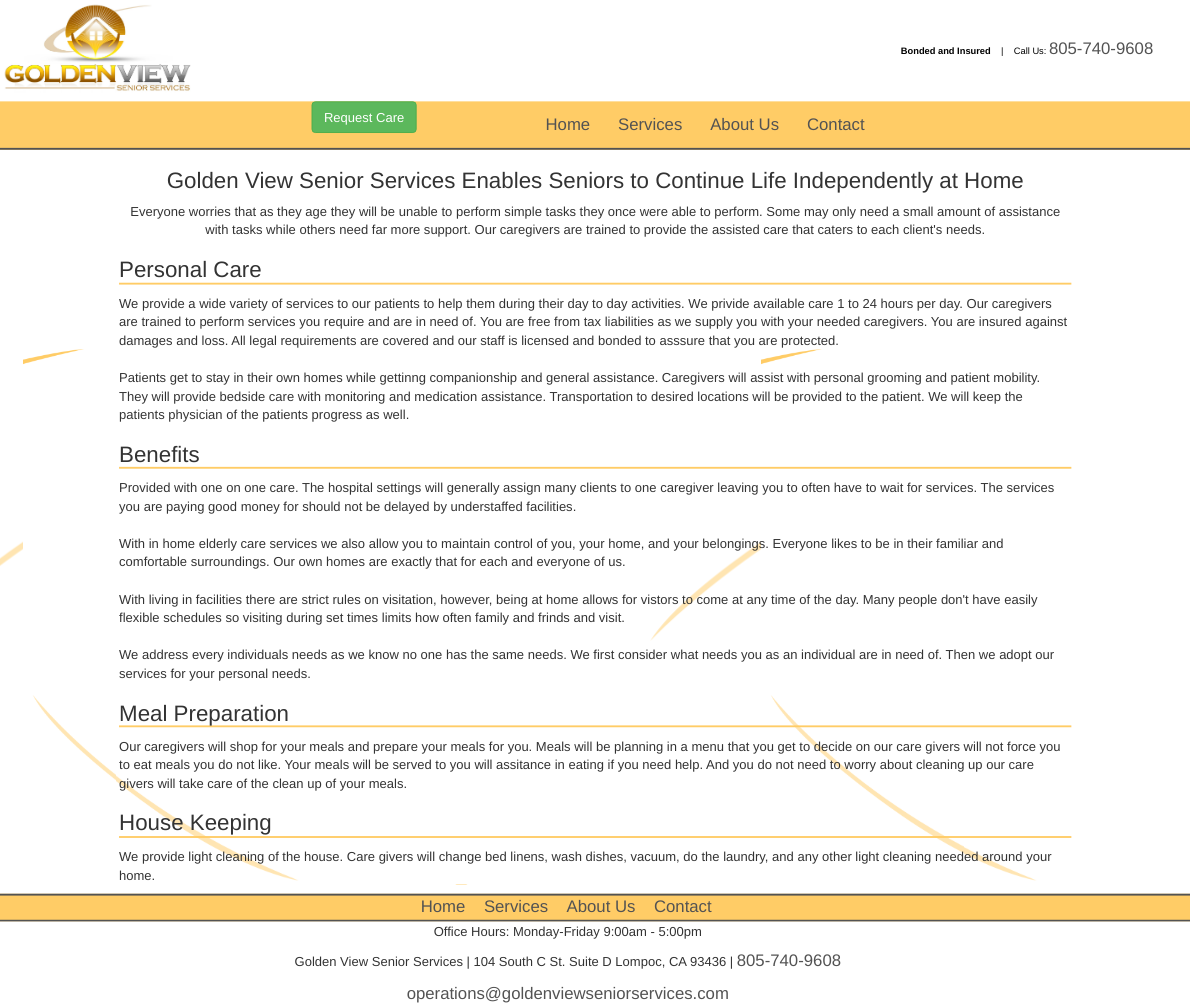
Repository: alprusa/GoldenViewWebsiteMockup
Page: GoldenViewWebsite/services/index.html
These files come from the project's save history. The page is drawn as it stood at one moment and after the next save; the edit follows.
The browser window is 1280 px wide. The pictures show the whole page, at 93% of full size.

Above is the page before, as saved 2017-07-30 18:43:20.

After the next save:
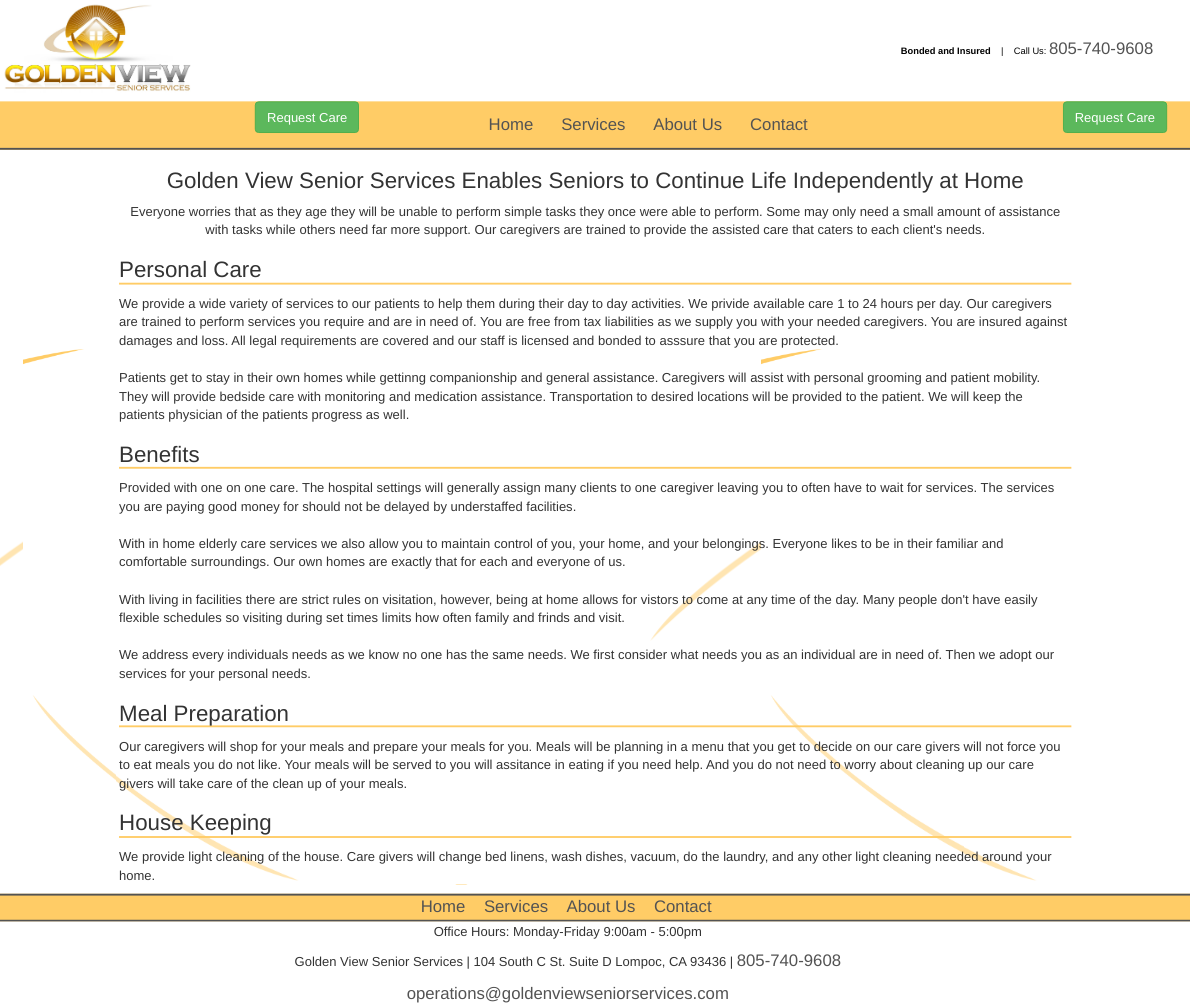
Saved 31 s later.
--- a/GoldenViewWebsite/services/index.html
+++ b/GoldenViewWebsite/services/index.html
@@ -56,8 +56,9 @@
 			<!--Navbar html section-->
 			<nav class="navbar navbar-static-top" style="clear: both;" role="navigation">
                 <div class="container-fluid">
-
-                    <div class="navbar-header">
+					<a href="requestcare" id="careOuter"><button class="btn-success btn" class="careButton">Request Care</button></a>
+                    <div class="navbar-header" id="navToggler" style="clear:right;">
+                    	<a href="requestcare" id="careInner" class="hidden"><button class="btn-success btn" class="careButton">Request Care</button></a>
                         <!--Button that is created for menu when screen size reaches a certain limit-->
                         <button id="collapseButton" type="button" class="navbar-toggle" data-toggle="collapse" data-target=".navbar-collapse">
                             <span class="icon-bar"></span>
